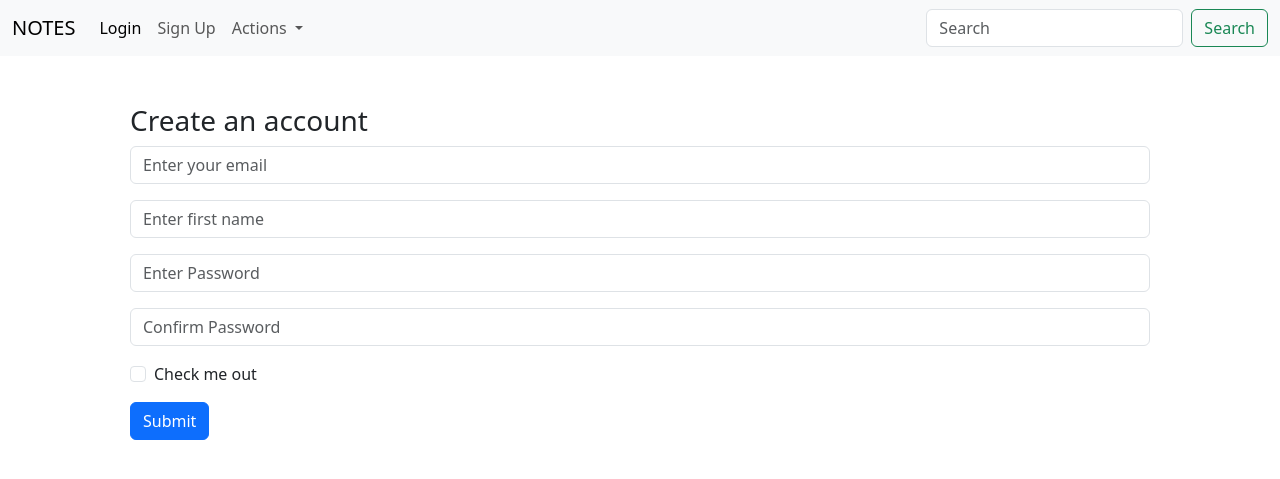
Repository: Qu4ntumGuy/flask-notes
Page: http://localhost/login
An editor plug-in stored every save of this project. The page is shown before and after the next save, followed by the edit.
The browser window is 1280 px wide. The pictures show the whole page.
The page is served by the project's application, run on Flask 3 (website/__init__.py).

Above is the page before, as saved 2024-05-30 19:27:16.

After the next save:
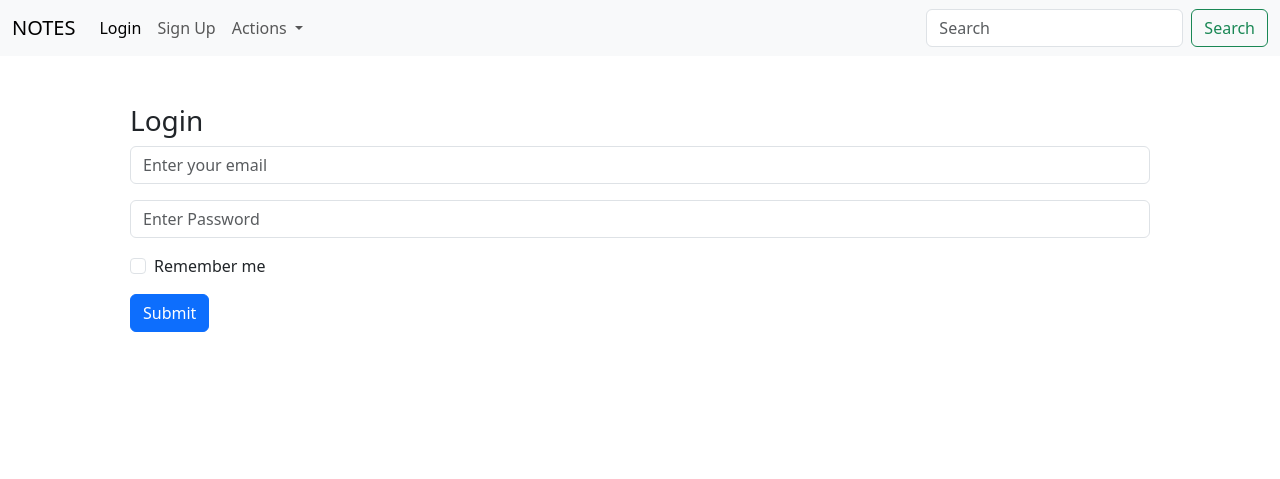
Saved 38 s later.
--- a/website/templates/login.html
+++ b/website/templates/login.html
@@ -4,26 +4,19 @@
 <form method="post" class="m-5">
     <div class="mb-3 mt-5">
         <div class="">
-            <h3>Create an account</h3>
+            <h3>Login</h3>
         </div>
       <!-- <label for="email" class="form-label">Email</label> -->
       <input type="email" class="form-control" id="email" aria-describedby="emailHelp" name="email" placeholder="Enter your email">
     </div>
-    <div class="mb-3">
-        <!-- <label for="firstName" class="form-label">First Name</label> -->
-        <input type="text" class="form-control" id="firstName" aria-describedby="emailHelp" name="firstName" placeholder="Enter first name">
-      </div>
+
     <div class="mb-3">
       <!-- <label for="password" class="form-label">Password</label> -->
       <input type="password" class="form-control" name="password" id="password" placeholder="Enter Password">
     </div>
-    <div class="mb-3">
-        <!-- <label for="confirmPassword" class="form-label">Confirm Password</label> -->
-        <input type="password" class="form-control" name="password" id="confirmPassword" placeholder="Confirm Password">
-      </div>
     <div class="mb-3 form-check">
       <input type="checkbox" class="form-check-input" id="exampleCheck1">
-      <label class="form-check-label" for="exampleCheck1">Check me out</label>
+      <label class="form-check-label" for="exampleCheck1">Remember me</label>
     </div>
     <button type="submit" class="btn btn-primary">Submit</button>
   </form>
